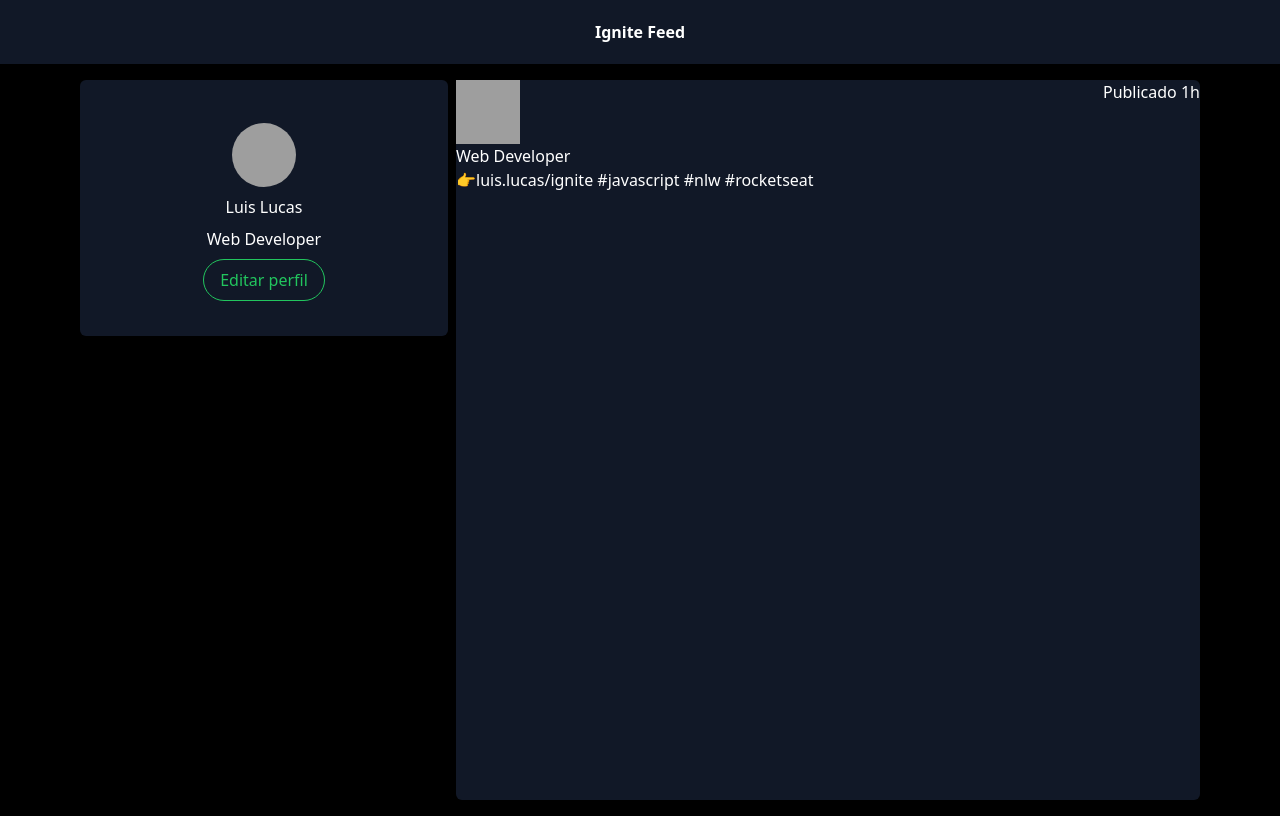
Repository: LuisSempre/ignite-feed
Page: /
These files come from the project's save history. The page is drawn as it stood at one moment and after the next save; the edit follows.
The browser window is 1280 px wide. The pictures show the whole page.
Pictures or frames that could not be fetched are drawn as grey boxes. The project was rebuilt for these pictures with package versions that can differ from the ones it lists, and the page was loaded fresh each time. Also part of the build but not shown: vite.config.js.

Above is the page before, as saved 2022-07-13 23:00:49.

After the next save:
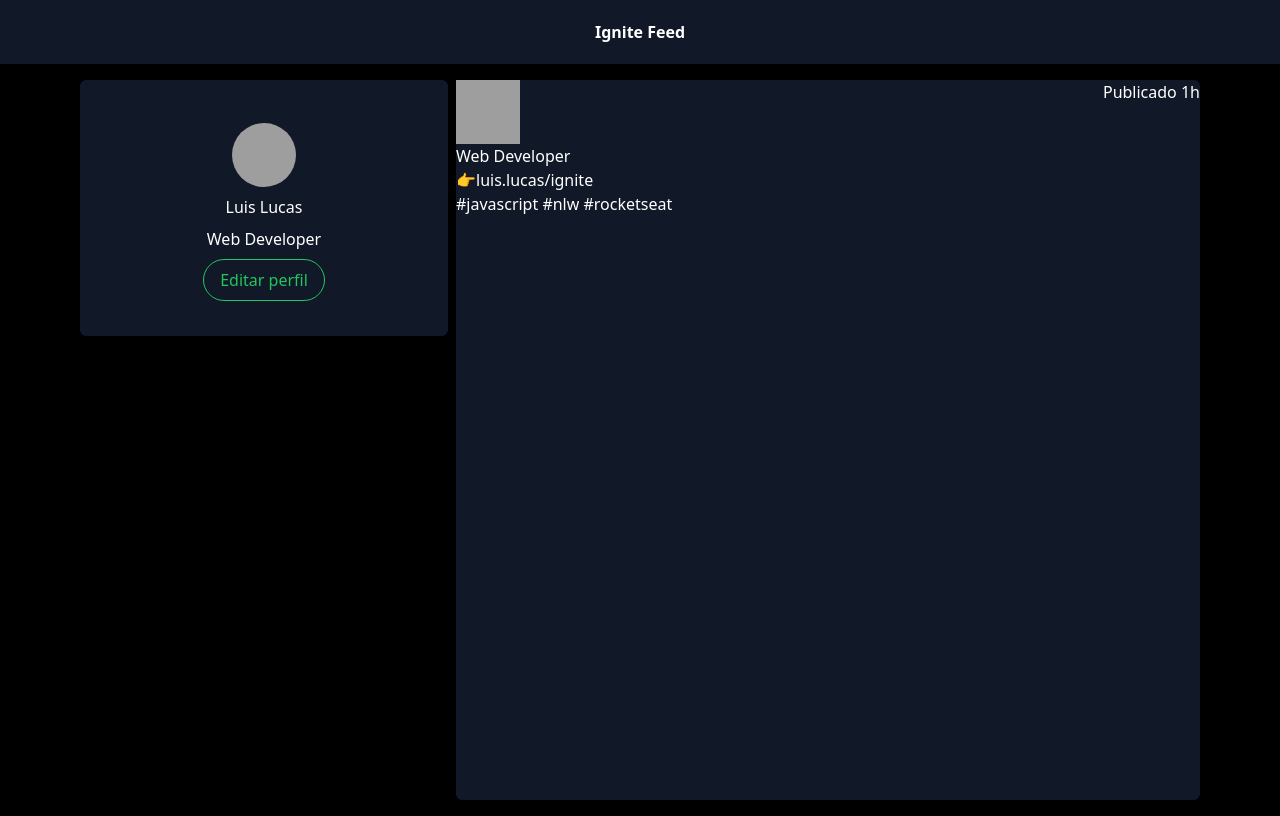
Saved 28 s later.
--- a/src/Components/Post.jsx
+++ b/src/Components/Post.jsx
@@ -15,7 +15,11 @@ export function Post() {
         </div>
       </div>
       <div>
-        <p>👉luis.lucas/ignite #javascript #nlw #rocketseat</p>
+        <p>👉luis.lucas/ignite
+        <p>
+
+        #javascript #nlw #rocketseat</p>
+        </p>
       </div>
     </div>
   );
